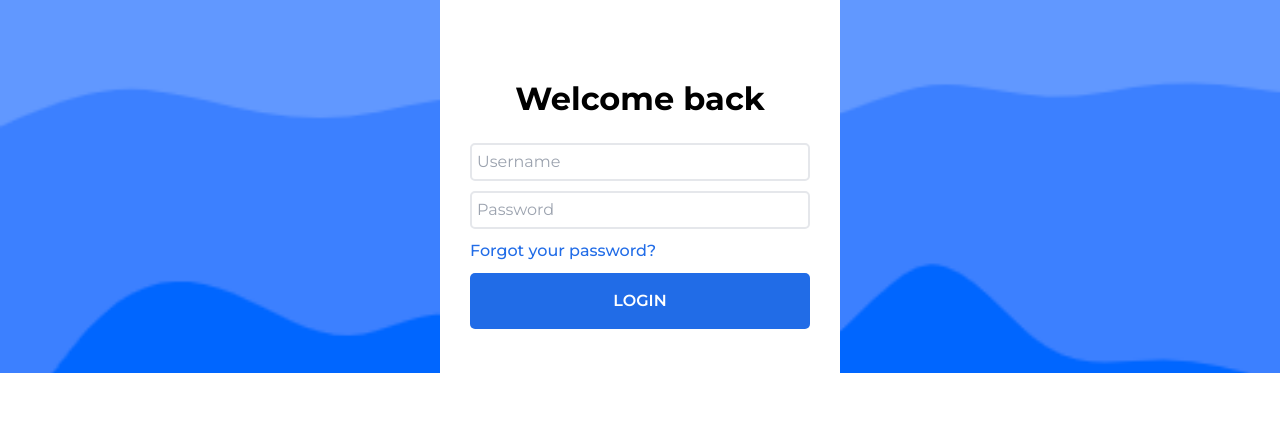
Repository: SatohJiro/CourseSale
Page: /
The author's editor kept a copy of each file at every save. The page is drawn from the files as they stood at one save, then again after the next save.
The browser window is 1280 px wide. The pictures show the whole page.
The project was rebuilt for these pictures with package versions that can differ from the ones it lists, and the page was loaded fresh each time. Also part of the build but not shown: src/pages/Home/index.js, src/pages/Courses/index.js, src/layout/DefaultLayout/DefaultLayout.module.scss, src/layout/components/Header/Header.module.scss, src/layout/components/Header/index.js, src/layout/components/Sidebar/Sidebar.module.scss, src/layout/components/Sidebar/index.js, src/layout/DefaultLayout/index.js.

Above is the page before, as saved 2022-12-05 11:09:55.

After the next save:
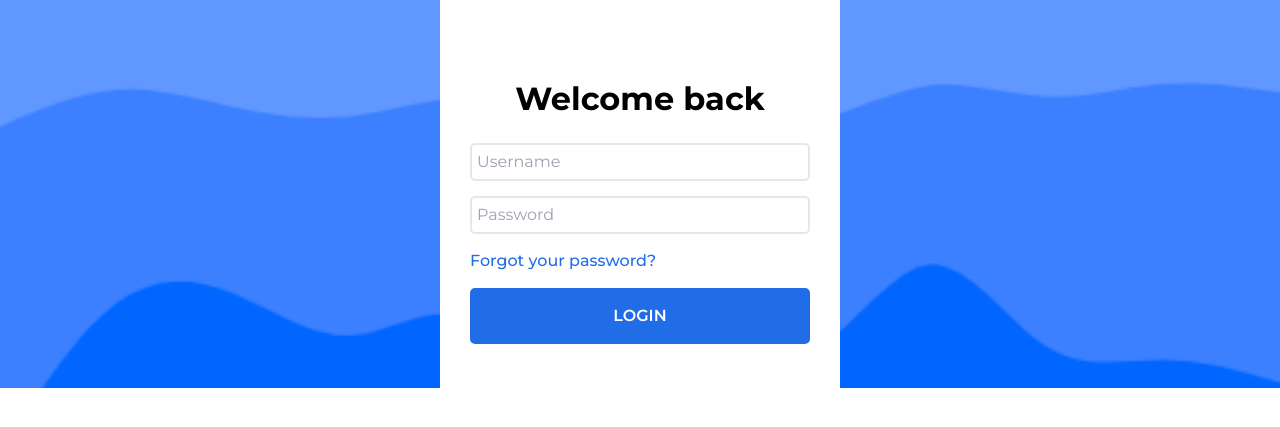
Saved 36 s later.
--- a/src/pages/Login/Login.jsx
+++ b/src/pages/Login/Login.jsx
@@ -6,7 +6,7 @@ const Login = () => {
       <div className="grid place-items-center m-0 px-[24px] bg-login bg-no-repeat bg-cover animate-background-pan">
         <div className="w-[400px] px-[30px] pt-[70px] pb-[44px] round-[24px] bg-white text-center">
           <h2 className="mt-2 mb-8 text-[32px] font-bold">Welcome back</h2>
-          <form action="" className="grid gap-4">
+          <form action="" className="grid gap-6">
             <input
               className="p-2 border-2 rounded-lg"
               type="text"
